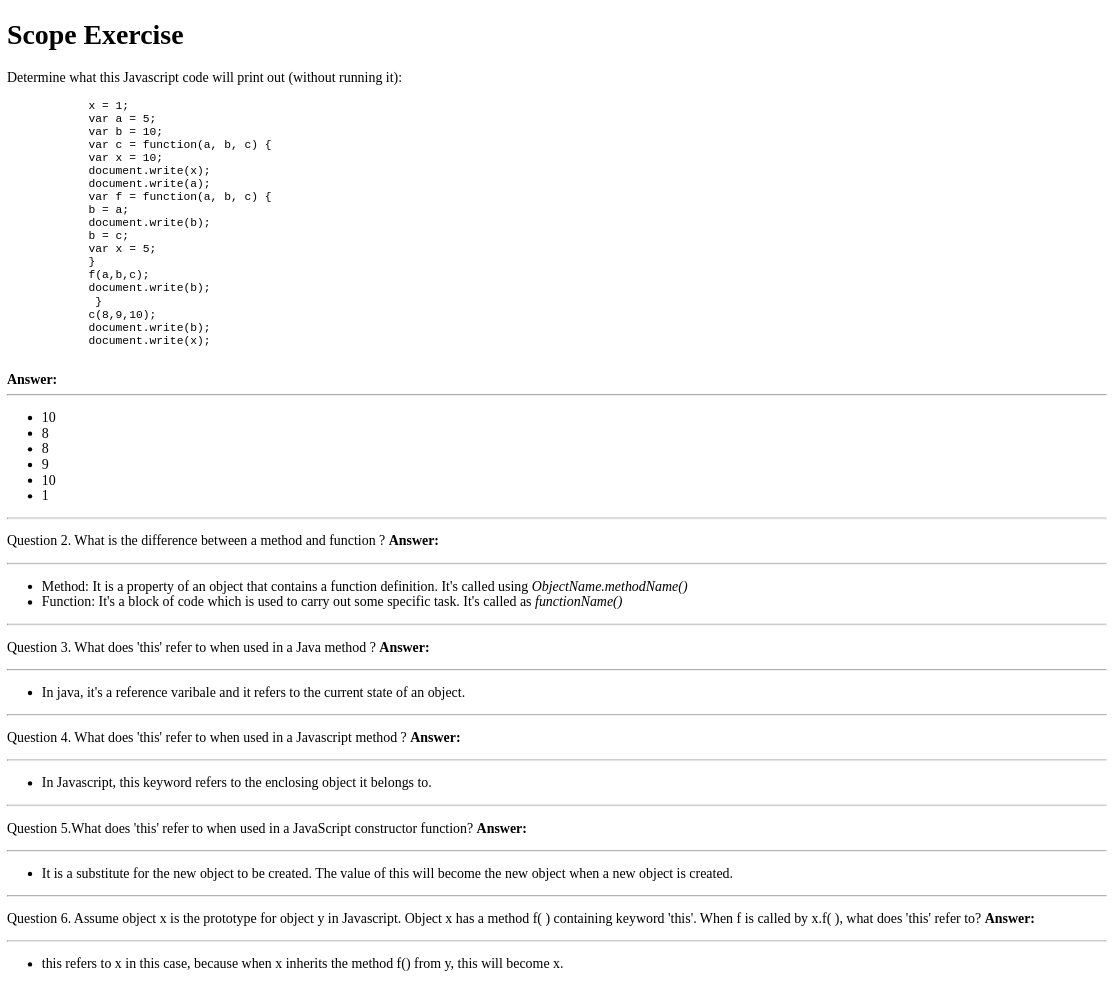
Repository: bethelbahiru/WAP
Page: Homework3/scope.html
These files come from the project's save history. The page is drawn as it stood at one moment and after the next save; the edit follows.
The browser window is 1280 px wide. The pictures show the whole page, at 87% of full size.

Above is the page before, as saved 2022-01-18 16:37:50.

### Homework3/scope.html
<!DOCTYPE html>
<html lang="en">
<head>
    <meta charset="UTF-8">
    <meta http-equiv="X-UA-Compatible" content="IE=edge">
    <meta name="viewport" content="width=device-width, initial-scale=1.0">
    <title>Scope Exercise</title>
</head>
<body>
    <h1><strong>Scope Exercise</strong></h1>
    <p> Determine what this Javascript code will print out (without running it):
        <pre>
            x = 1;
            var a = 5;
            var b = 10;
            var c = function(a, b, c) {
            var x = 10;
            document.write(x);
            document.write(a);
            var f = function(a, b, c) {
            b = a;
            document.write(b);
            b = c;
            var x = 5;
            }
            f(a,b,c);
            document.write(b);
             }
            c(8,9,10);
            document.write(b);
            document.write(x);
        </pre>

        <strong>Answer:</strong>
        <hr>
        <ul>
            <li>10</li>
            <li>8</li>
            <li>8</li>
            <li>9</li>
            <li>10</li>
            <li>1</li>
        </ul>
    </p>
    <hr>
    <p>Question 2.  What is the difference between a method and function ?

        <strong>Answer:</strong>
        <hr>
        <ul>
            <li>Method: It is a property of an object that contains a function definition. It's called using <em>ObjectName.methodName()</em></li>
            <li>Function: It's a block of code which is used to carry out some specific task. It's called as <em>functionName()</em></li>
        </ul>
    </p>
    <hr>
    <p>Question 3. What does 'this' refer to when used in a Java method ?
        <strong>Answer:</strong>
        <hr>
        <ul>
            <li>In java, it's a reference varibale and it refers to the current state of an object.</li>
        </ul>
    </p>
    <hr>
    <p>Question 4. What does 'this' refer to when used in a Javascript method ?
        <strong>Answer:</strong>
        <hr>
        <ul>
            <li>In Javascript, this keyword refers to the enclosing object it belongs to.</li>
        </ul>
    </p>
    <hr>
    <p>Question 5.What does 'this' refer to when used in a JavaScript constructor function?
        <strong>Answer:</strong>
        <hr>
        <ul>
            <li>It is a substitute for the new object to be created. The value of this will become the new object when a new object is created.</li>
        </ul>
    </p>
    <hr>
    <p>Question 6. Assume object x is the prototype for object y in Javascript. Object x has a method f( ) containing keyword 'this'.
        When f is called by x.f( ), what does 'this' refer to?
        <strong>Answer:</strong>
        <hr>
        <ul>
            <li>this refers to x in this case, because when x inherits the method f() from y, this will become x.</li>
        </ul>
    </p>







</body>
</html>

After the next save:
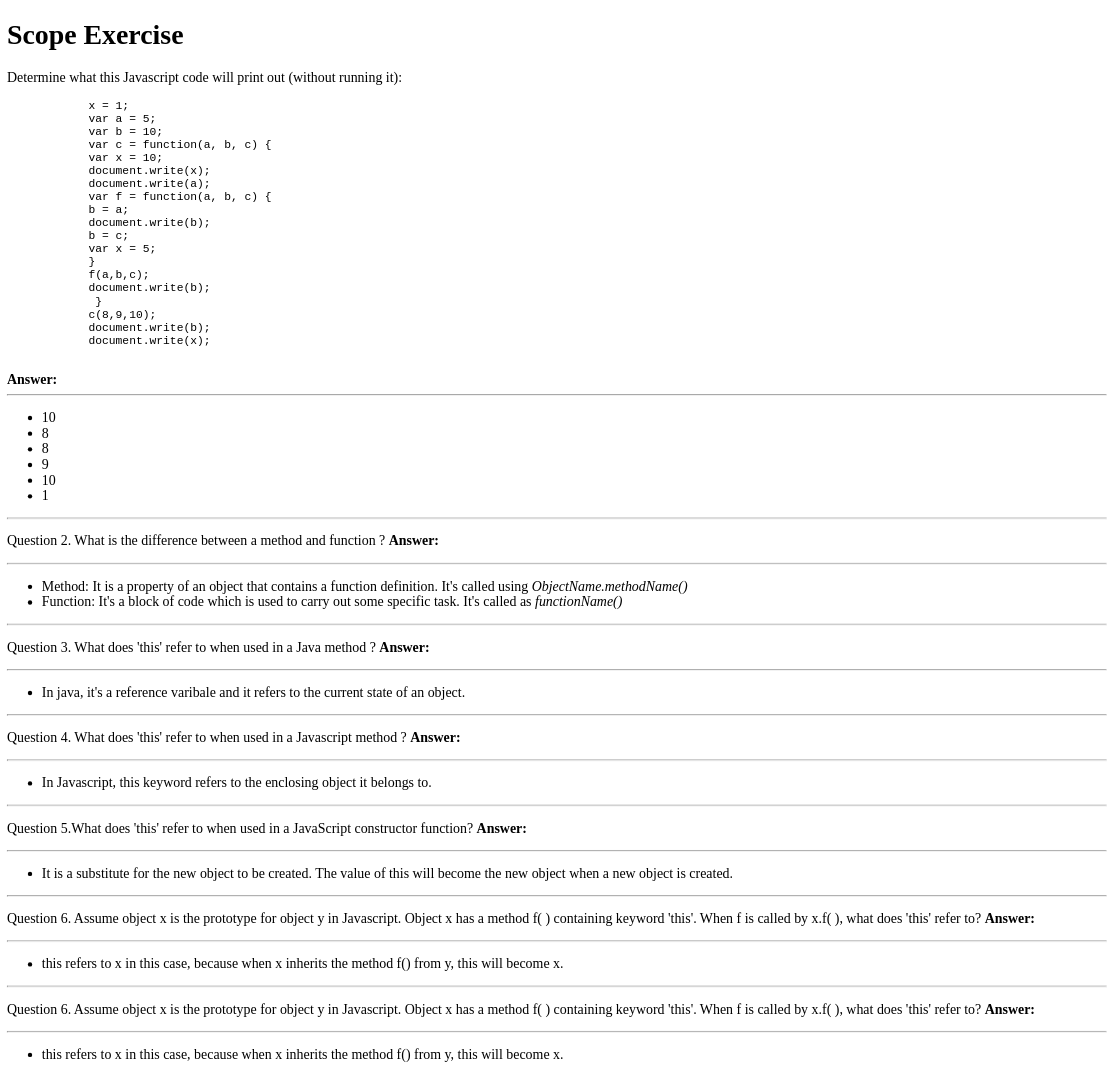
Saved 8 s later.
--- a/Homework3/scope.html
+++ b/Homework3/scope.html
@@ -85,6 +85,15 @@
             <li>this refers to x in this case, because when x inherits the method f() from y, this will become x.</li>
         </ul>
     </p>
+    <hr>
+    <p>Question 6. Assume object x is the prototype for object y in Javascript. Object x has a method f( ) containing keyword 'this'.
+        When f is called by x.f( ), what does 'this' refer to?
+        <strong>Answer:</strong>
+        <hr>
+        <ul>
+            <li>this refers to x in this case, because when x inherits the method f() from y, this will become x.</li>
+        </ul>
+    </p>
 
 
 
